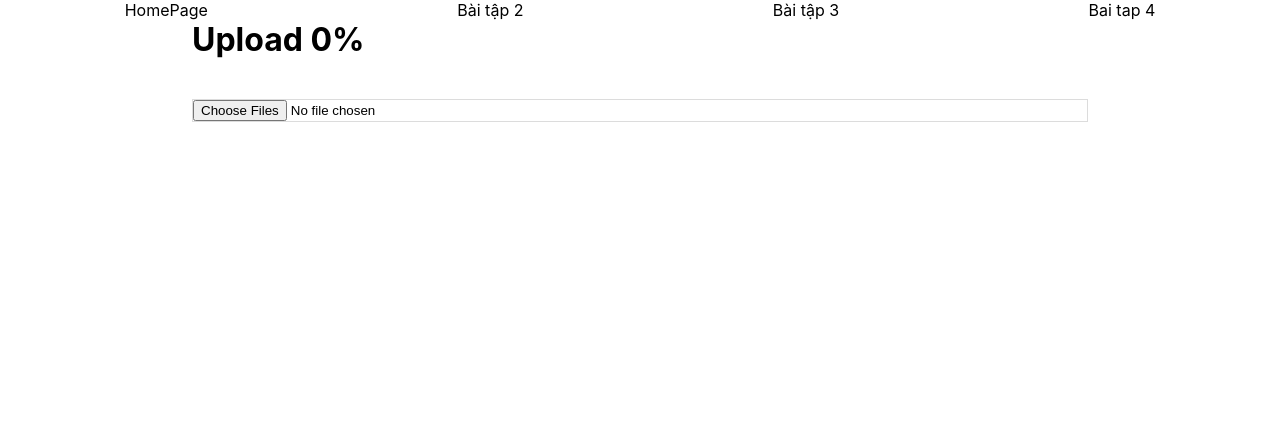
Repository: tungdau93/Training-ReactJS
Page: /bai-tap-3
The author's editor kept a copy of each file at every save. The page is drawn from the files as they stood at one save, then again after the next save.
The browser window is 1280 px wide. The pictures show the whole page.
The project was rebuilt for these pictures with package versions that can differ from the ones it lists, and the page was loaded fresh each time. Also part of the build but not shown: src/App.css, src/hooks/useClickOutside.js, src/Assignments/BaiTap2.jsx, src/Assignments/HomePage.jsx.

Above is the page before, as saved 2022-10-03 10:38:47.

After the next save:
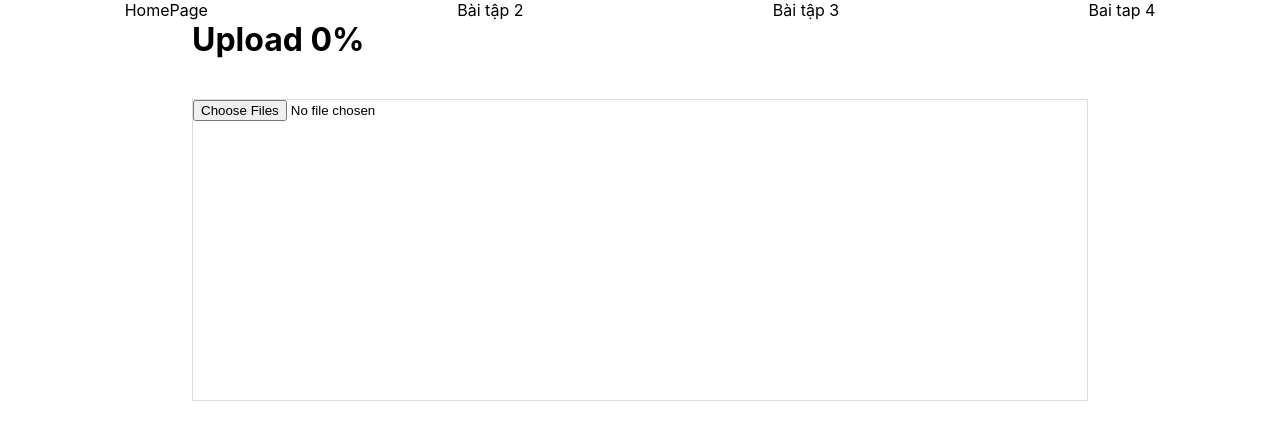
Saved 51 s later.
--- a/src/style/_bai-tap-3.scss
+++ b/src/style/_bai-tap-3.scss
@@ -252,7 +252,7 @@
     justify-content: center;
     margin-top: 40px;
     border: 1px solid #dcdcdc;
-    // padding: 60px;
+    height: 300px;
 
     .input-files {
       width: 100%;
